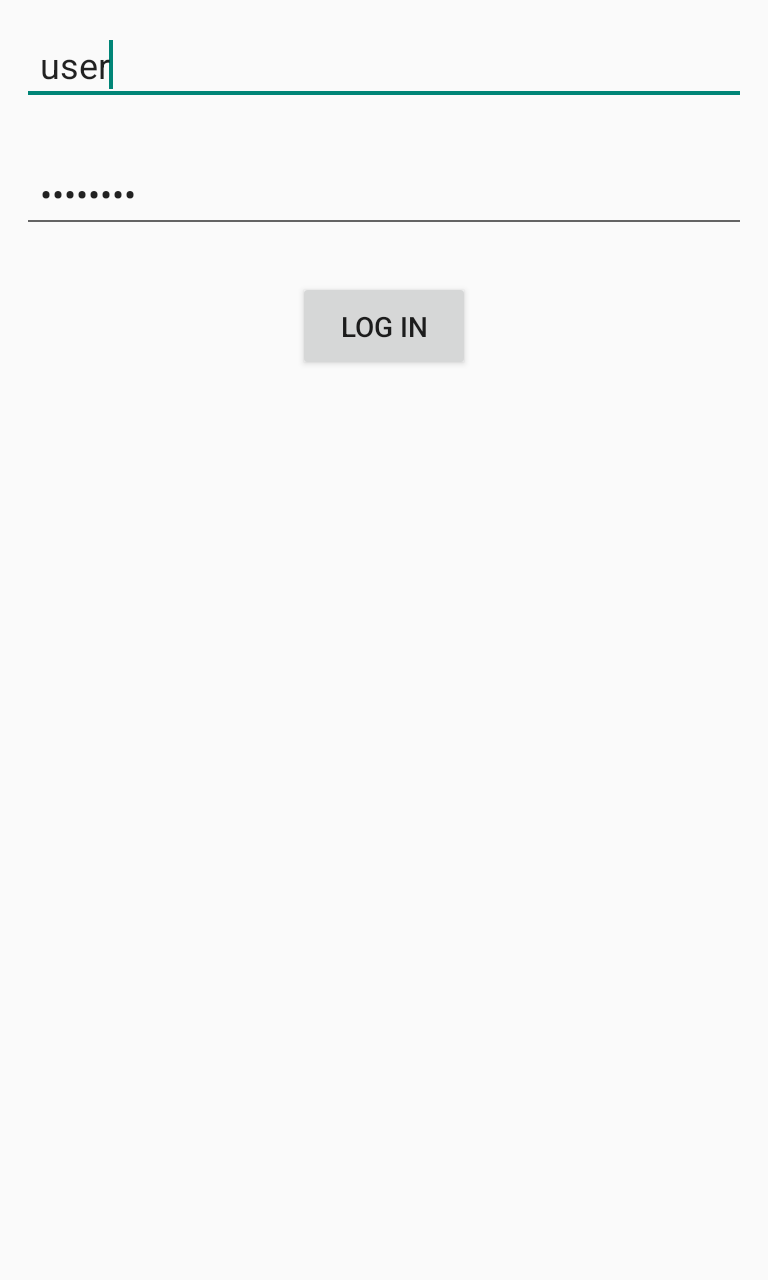
Repository: mgorski-mg/FunsCounter
Layout: FunsCounter/res/layout/login_fragment.xml
These files come from the project's save history. The layout is drawn as it stood at one moment and after the next save; the edit follows.
It is drawn on a 768 x 1280 px phone screen (xhdpi) without system bars, with theme AppTheme; the app's code is not run.

Above is the layout before, as saved 2014-02-10 17:29:07.

### FunsCounter/res/layout/login_fragment.xml
<RelativeLayout xmlns:android="http://schemas.android.com/apk/res/android"
    android:layout_width="fill_parent"
    android:layout_height="wrap_content"
    android:layout_gravity="center" >

    <EditText
        android:id="@+id/user"
        android:layout_width="match_parent"
        android:layout_height="wrap_content"
        android:layout_alignParentTop="true"
        android:layout_margin="10dp"
        android:ems="10"
        android:inputType="text"
        android:padding="10dp"
        android:text="user" >

        <requestFocus />
    </EditText>

    <EditText
        android:id="@+id/password"
        android:layout_width="match_parent"
        android:layout_height="wrap_content"
        android:layout_below="@+id/user"
        android:layout_margin="10dp"
        android:ems="10"
        android:inputType="textPassword"
        android:padding="10dp"
        android:text="password" />

    <Button
        android:id="@+id/loginButton"
        android:layout_width="wrap_content"
        android:layout_height="wrap_content"
        android:layout_below="@+id/password"
        android:layout_centerHorizontal="true"
        android:layout_margin="10dp"
        android:padding="10dp"
        android:text="@string/login" />

</RelativeLayout>

### FunsCounter/res/values/styles.xml
<resources>

    <style name="AppBaseTheme" parent="Theme.AppCompat.Light"></style>

    <!-- Application theme. -->
    <style name="AppTheme" parent="AppBaseTheme"></style>

    <style name="AppTheme.NoTitleBar" parent="AppBaseTheme">
        <item name="windowActionBar">false</item>
    </style>

</resources>

### FunsCounter/res/values/strings.xml
<?xml version="1.0" encoding="utf-8"?>
<resources>

    <string name="app_name">Funs Counter</string>
    <string name="refresh_event_list">Refresh Event List</string>
    <string name="refresh_content">Refresh Content</string>
    <string name="connection_problem">Can\'t download data! Please check your internet connection.</string>
    <string name="login">Log In</string>
    <string name="cant_login">Wrong username or password!</string>
    <string name="wait">Please wait!</string>


</resources>

After the next save:
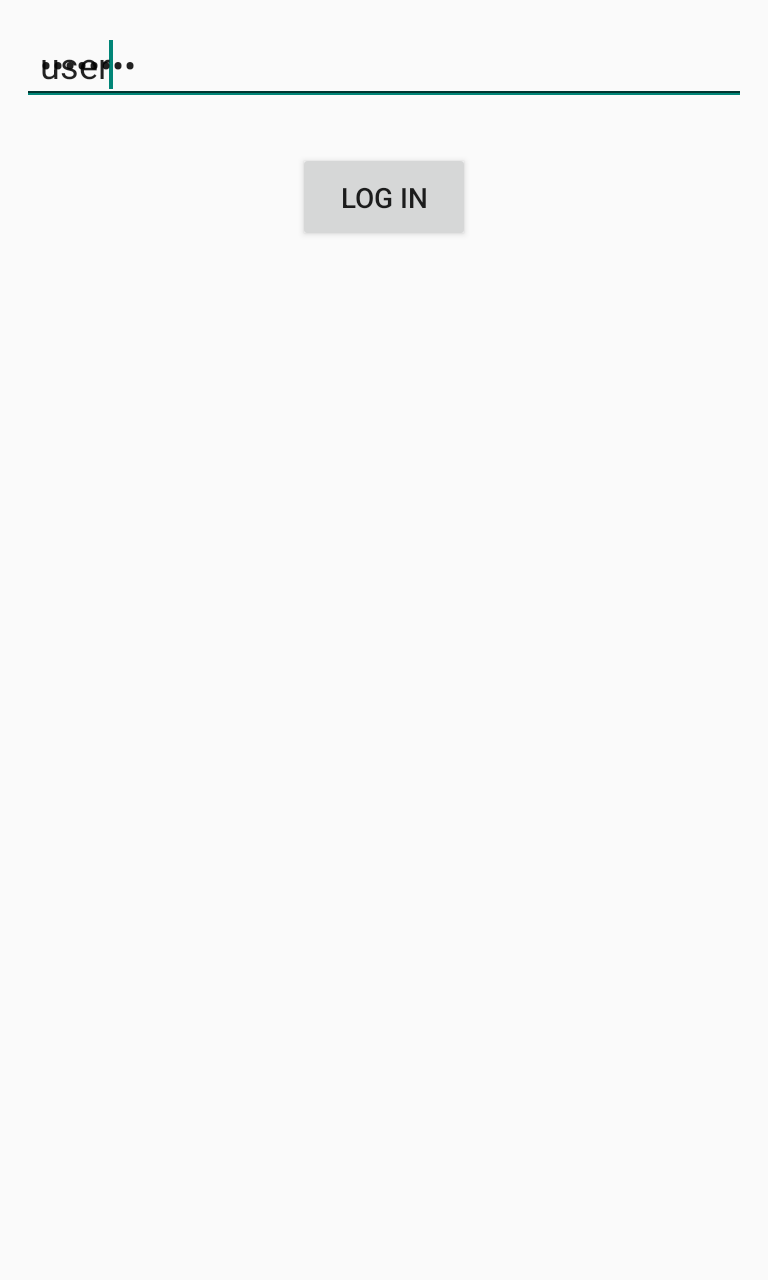
Saved 2 min 40 s later.
--- a/FunsCounter/res/layout/login_fragment.xml
+++ b/FunsCounter/res/layout/login_fragment.xml
@@ -3,19 +3,24 @@
     android:layout_height="wrap_content"
     android:layout_gravity="center" >
 
-    <EditText
-        android:id="@+id/user"
-        android:layout_width="match_parent"
-        android:layout_height="wrap_content"
-        android:layout_alignParentTop="true"
-        android:layout_margin="10dp"
-        android:ems="10"
-        android:inputType="text"
-        android:padding="10dp"
-        android:text="user" >
+    <LinearLayout
+        android:layout_width="fill_parent"
+        android:layout_height="wrap_content" >
 
-        <requestFocus />
-    </EditText>
+        <EditText
+            android:id="@+id/user"
+            android:layout_width="match_parent"
+            android:layout_height="wrap_content"
+            android:layout_alignParentTop="true"
+            android:layout_margin="10dp"
+            android:ems="10"
+            android:inputType="text"
+            android:padding="10dp"
+            android:text="user" >
+
+            <requestFocus />
+        </EditText>
+    </LinearLayout>
 
     <EditText
         android:id="@+id/password"
